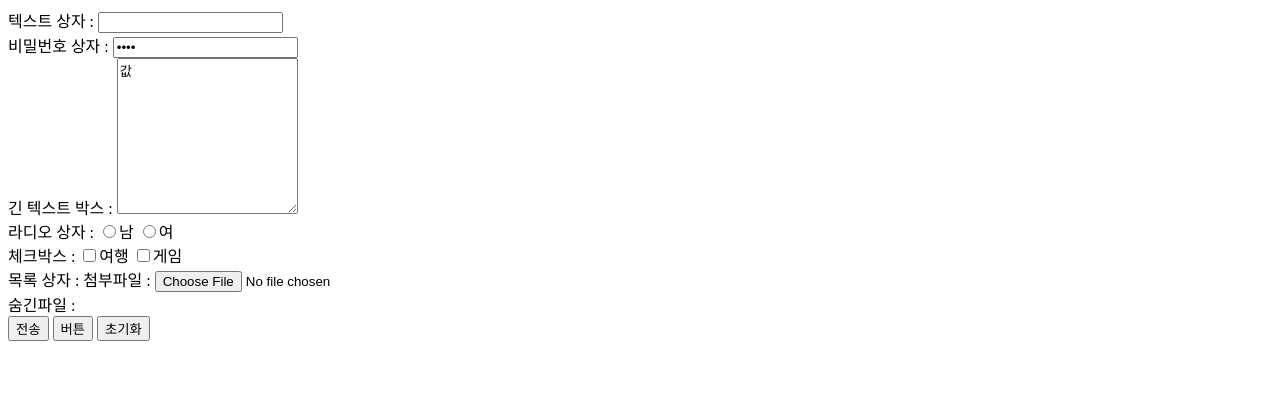
Repository: hololog/workspace_jsp1
Page: JspStudy/src/main/webapp/js1/Test12.html
These files come from the project's save history. The page is drawn as it stood at one moment and after the next save; the edit follows.
The browser window is 1280 px wide. The pictures show the whole page.

Above is the page before, as saved 2021-12-09 07:12:36.

### JspStudy/src/main/webapp/js1/Test12.html
<!DOCTYPE html>
<html>
<head>
<meta charset="UTF-8">
<title>js1/Test12.html</title>
<script type="text/javascript">

</script>
</head>
<body>
 <form action="Test11.html" method="post">
<!--  get은 주소줄에 정보가 보이게 -->
  텍스트 상자 : <input type="text" name="id"><br>
  비밀번호 상자 : <input type="password" name="pass" value="1234"><br>
  긴 텍스트 박스 : <textarea rows="10" cols="20" name="ta">값</textarea><br>
  라디오 상자 : <input type="radio" name="ra" value="남">남
             <input type="radio" name="ra" value="여">여<br>
  체크박스 :  <input type="checkbox" name="ch" value="여행">여행
            <input type="checkbox" name="ch" value="게임">게임<br>
  목록 상자 :
  첨부파일 : <input type="file" name="file"><br>
  숨긴파일 : <input type="hidden" name="hidden" value="숨긴값"><br>
  <input type="submit" value="전송">
<!--   form태그의 데이터를 전송하는 역학 -->
  <input type="button" value="버튼">
  <input type="reset" value="초기화">
 </form>
</body>
</html>

After the next save:
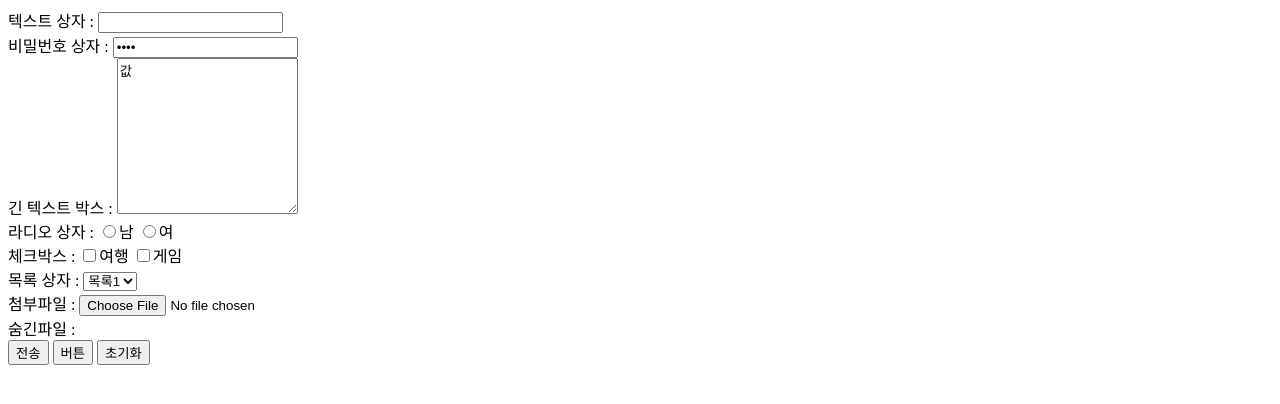
Saved 2 min 44 s later.
--- a/JspStudy/src/main/webapp/js1/Test12.html
+++ b/JspStudy/src/main/webapp/js1/Test12.html
@@ -17,7 +17,10 @@
              <input type="radio" name="ra" value="여">여<br>
   체크박스 :  <input type="checkbox" name="ch" value="여행">여행
             <input type="checkbox" name="ch" value="게임">게임<br>
-  목록 상자 :
+  목록 상자 :  <select name="sel">
+              <option value="1">목록1</option>
+              <option value="2">목록2</option>
+             </select><br>
   첨부파일 : <input type="file" name="file"><br>
   숨긴파일 : <input type="hidden" name="hidden" value="숨긴값"><br>
   <input type="submit" value="전송">
